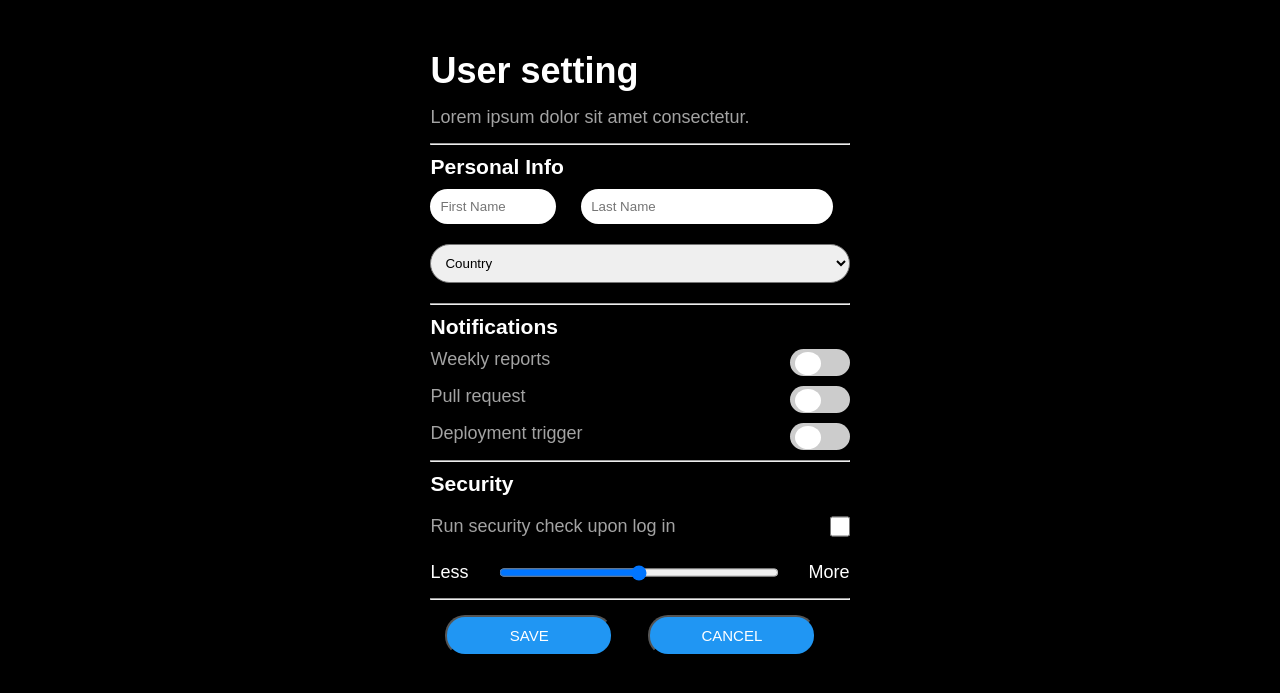
Repository: imokha01/DOM
Page: index.html
These files come from the project's save history. The page is drawn as it stood at one moment and after the next save; the edit follows.
The browser window is 1280 px wide. The pictures show the whole page.

Above is the page before, as saved 2023-12-21 10:16:10.

After the next save:
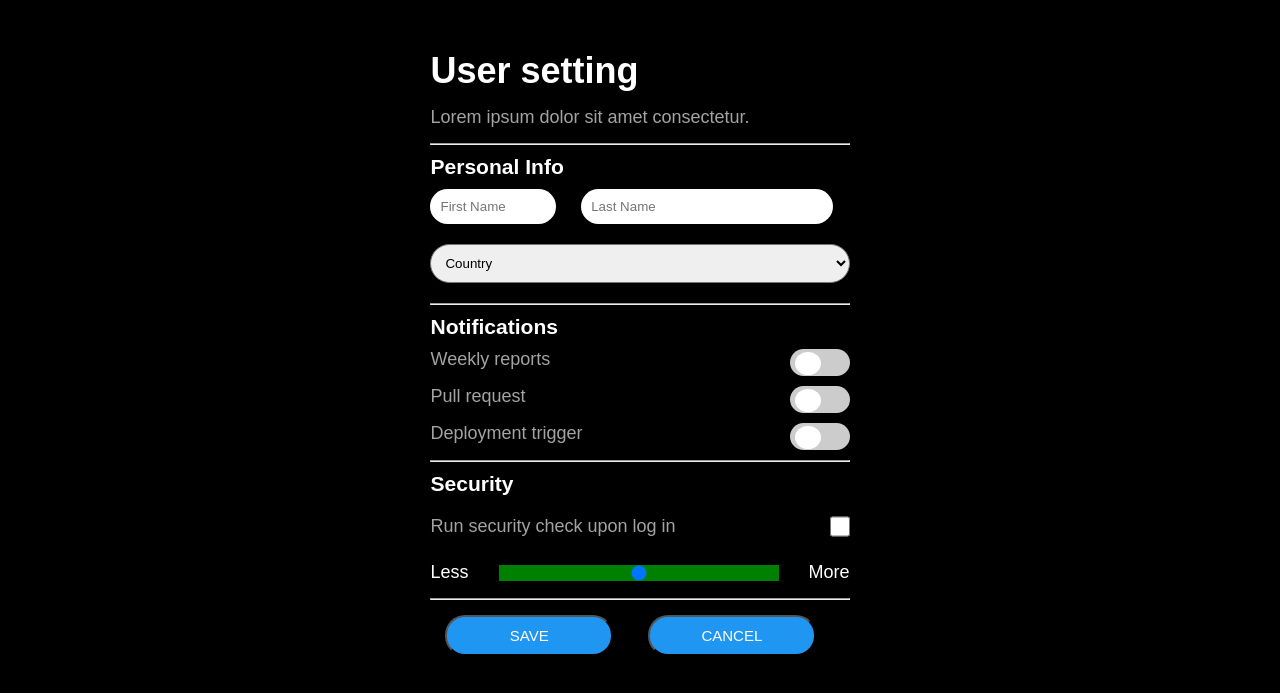
Saved 3 min 28 s later.
--- a/index.css
+++ b/index.css
@@ -93,8 +93,8 @@
 
   }
 
-  input[type="range"]::-moz-range-progress {
-    background-color: #43e5f7;
+input[type='range']::-webkit-slider-runnable-track {
+    background-color: green;
   }
 
   button {

After the 3 saves that followed:
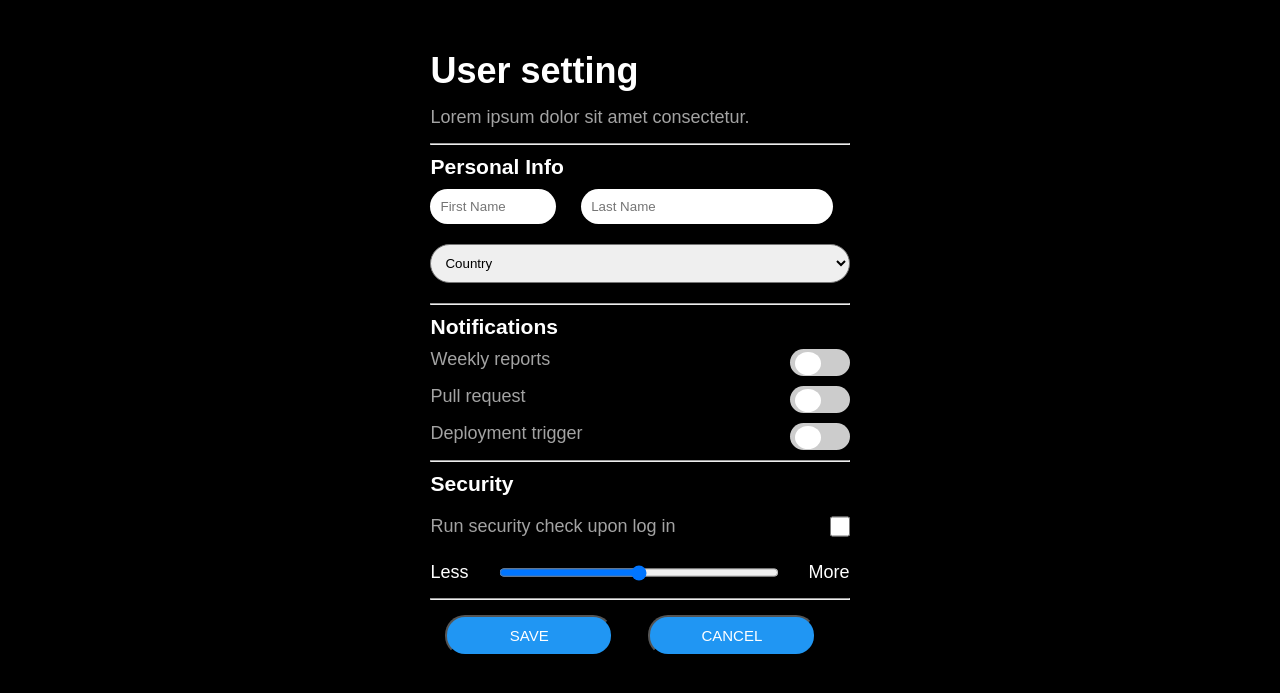
The 3 saves are shown as one change because 1 left the picture as it was and some came seconds apart.
The last was saved 21 s later.
--- a/index.css
+++ b/index.css
@@ -93,9 +93,9 @@
 
   }
 
-input[type='range']::-webkit-slider-runnable-track {
+/* input[type='range']::-webkit-slider-runnable-track {
     background-color: green;
-  }
+  } */
 
   button {
     padding: 10px;
